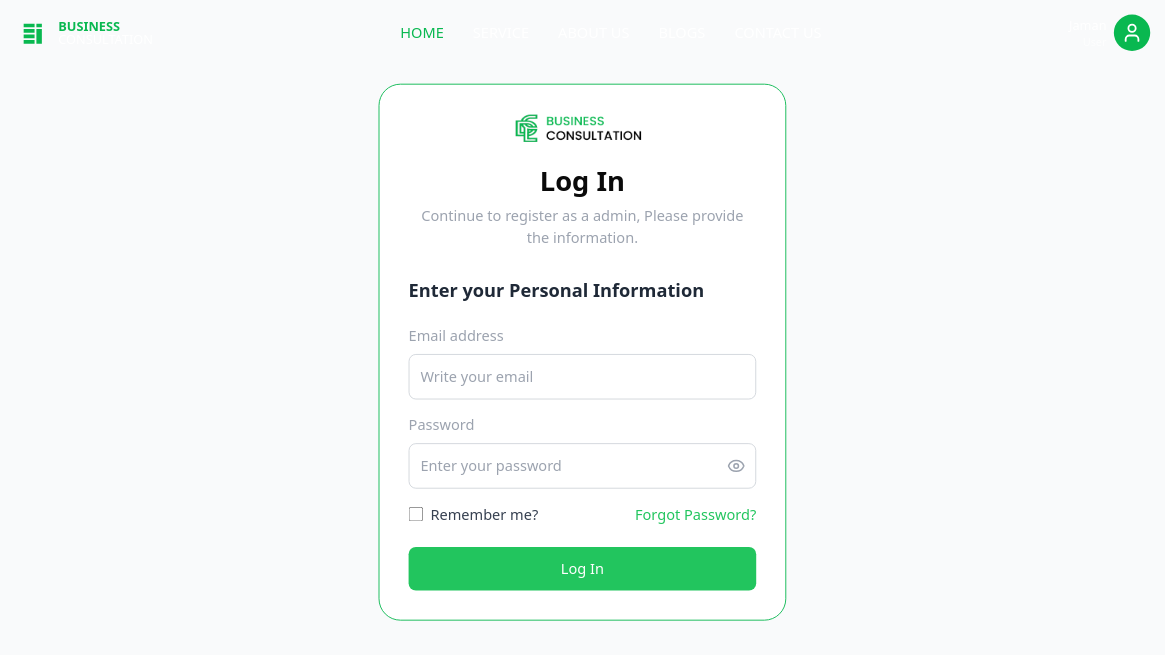
Repository: FSDTeam-SAA/business_consultation-frontend
Page: /login
The author's editor kept a copy of each file at every save. The page is drawn from the files as they stood at one save, then again after a run of saves.
The browser window is 1280 px wide. The pictures show the whole page, at 91% of full size.
The project was rebuilt for these pictures with package versions that can differ from the ones it lists, and the page was loaded fresh each time. The framework's server and built-in components were replaced by stand-ins that run in the browser.

Above is the page before, as saved 2025-03-19 08:41:39.

### src/app/layout.tsx
import type { Metadata } from "next";
import localFont from "next/font/local";
import "./globals.css";
import Navbar from "@/components/navar";

const geistSans = localFont({
  src: "./fonts/GeistVF.woff",
  variable: "--font-geist-sans",
  weight: "100 900",
});
const geistMono = localFont({
  src: "./fonts/GeistMonoVF.woff",
  variable: "--font-geist-mono",
  weight: "100 900",
});

export const metadata: Metadata = {
  title: "Create Next App",
  description: "Generated by create next app",
};

export default function RootLayout({
  children,
}: Readonly<{
  children: React.ReactNode;
}>) {
  return (
    <html lang="en">
      <body
        className={`${geistSans.variable} ${geistMono.variable} antialiased`}
      >
        <Navbar />
        {children}
      </body>
    </html>
  );
}

### src/app/(auth)/login/page.tsx
import LoginForm from '@/components/Auth/LoginForm'
import React from 'react'

const page = () => {
  return (
    <div>
      <LoginForm/>
    </div>
  )
}

export default page

### src/components/navar.tsx
"use client";

import { useState, useEffect, useRef } from "react";
import Link from "next/link";
import { User } from "lucide-react";
import { cn } from "@/lib/utils";

interface NavbarProps {
  currentRoute?: string;
}

export default function Navbar({ currentRoute = "home" }: NavbarProps) {
  const [isScrolled, setIsScrolled] = useState(false);
  const [isProfileOpen, setIsProfileOpen] = useState(false);

  const profileRef = useRef<HTMLDivElement>(null);

  useEffect(() => {
    const handleScroll = () => {
      setIsScrolled(window.scrollY > 10);
    };
    window.addEventListener("scroll", handleScroll);
    return () => window.removeEventListener("scroll", handleScroll);
  }, []);

  useEffect(() => {
    const handleClickOutside = (event: MouseEvent) => {
      if (
        profileRef.current &&
        !profileRef.current.contains(event.target as Node)
      ) {
        setIsProfileOpen(false);
      }
    };

    document.addEventListener("mousedown", handleClickOutside);
    return () => {
      document.removeEventListener("mousedown", handleClickOutside);
    };
  }, []);

  return (
    <header
      className={cn(
        "fixed left-0 right-0 top-0 z-50 transition-all duration-300",
        isScrolled
          ? "bg-white/90 shadow-sm backdrop-blur-sm"
          : "bg-transparent",
      )}
    >
      <div className="container mx-auto flex items-center justify-between px-4 py-4">
        {/* Logo */}
        <Link href="/" className="flex items-center">
          <div className="mr-2">
            <svg
              width="40"
              height="40"
              viewBox="0 0 40 40"
              fill="none"
              xmlns="http://www.w3.org/2000/svg"
            >
              <rect width="40" height="40" rx="4" fill="transparent" />
              <path
                d="M10 10H22V14H10V10ZM10 16H22V20H10V16ZM10 22H22V26H10V22ZM10 28H22V32H10V28ZM24 10H30V14H24V10ZM24 16H30V32H24V16Z"
                fill="#09B850"
              />
            </svg>
          </div>
          <div className="flex flex-col">
            <span className="text-sm font-bold leading-none text-[#09B850]">
              BUSINESS
            </span>
            <span
              className={cn(
                "text-sm font-medium leading-none",
                isScrolled ? "text-gray-800" : "text-white",
              )}
            >
              CONSULTATION
            </span>
          </div>
        </Link>

        {/* Desktop Navigation */}
        <nav className="hidden items-center space-x-8 md:flex">
          <Link
            href="/"
            className={cn(
              "transition-colors",
              currentRoute === "home"
                ? "text-[#09B850]"
                : isScrolled
                  ? "text-gray-800 hover:text-[#09B850]"
                  : "text-white hover:text-[#09B850]",
            )}
          >
            HOME
          </Link>
          <Link
            href="/service"
            className={cn(
              "transition-colors",
              currentRoute === "service"
                ? "text-[#09B850]"
                : isScrolled
                  ? "text-gray-800 hover:text-[#09B850]"
                  : "text-white hover:text-[#09B850]",
            )}
          >
            SERVICE
          </Link>
          <Link
            href="/about"
            className={cn(
              "transition-colors",
              currentRoute === "about"
                ? "text-[#09B850]"
                : isScrolled
                  ? "text-gray-800 hover:text-[#09B850]"
                  : "text-white hover:text-[#09B850]",
            )}
          >
            ABOUT US
          </Link>
          <Link
            href="/blogs"
            className={cn(
              "transition-colors",
              currentRoute === "blogs"
                ? "text-[#09B850]"
                : isScrolled
                  ? "text-gray-800 hover:text-[#09B850]"
                  : "text-white hover:text-[#09B850]",
            )}
          >
            BLOGS
          </Link>
          <Link
            href="/contact"
            className={cn(
              "transition-colors",
              currentRoute === "contact"
                ? "text-[#09B850]"
                : isScrolled
                  ? "text-gray-800 hover:text-[#09B850]"
                  : "text-white hover:text-[#09B850]",
            )}
          >
            CONTACT US
          </Link>
        </nav>

        {/* User Profile */}
        <div className="relative" ref={profileRef}>
          <div
            className="flex cursor-pointer items-center"
            onClick={() => setIsProfileOpen(!isProfileOpen)}
          >
            <div className="mr-2 hidden text-right sm:block">
              <div
                className={cn(
                  "text-sm",
                  isScrolled ? "text-gray-800" : "text-white",
                )}
              >
                Jaman
              </div>
              <div
                className={cn(
                  "text-xs",
                  isScrolled ? "text-gray-600" : "text-white/70",
                )}
              >
                User
              </div>
            </div>
            <div className="flex h-10 w-10 items-center justify-center overflow-hidden rounded-full bg-[#09B850]">
              <User className="h-6 w-6 text-white" />
            </div>
          </div>

          {/* Profile Dropdown */}
          {isProfileOpen && (
            <div className="absolute right-0 z-50 mt-2 w-48 rounded-md bg-white py-1 shadow-lg">
              <Link
                href="/account"
                className="block px-4 py-2 text-sm text-gray-700 hover:bg-gray-100"
                onClick={() => setIsProfileOpen(false)}
              >
                Your Profile
              </Link>
              <Link
                href="/account/settings"
                className="block px-4 py-2 text-sm text-gray-700 hover:bg-gray-100"
                onClick={() => setIsProfileOpen(false)}
              >
                Settings
              </Link>
              <div className="my-1 border-t border-gray-100"></div>
              <button
                className="block w-full px-4 py-2 text-left text-sm text-red-600 hover:bg-gray-100"
                onClick={() => {
                  // Add logout logic here
                  setIsProfileOpen(false);
                }}
              >
                Logout
              </button>
            </div>
          )}
        </div>
      </div>
    </header>
  );
}

### src/components/Auth/LoginForm.tsx
"use client"

import type React from "react"

import { useState } from "react"
import Link from "next/link"
import { Eye, EyeOff } from "lucide-react"
import Image from "next/image"

export default function LoginForm() {
  const [email, setEmail] = useState("")
  const [password, setPassword] = useState("")
  const [rememberMe, setRememberMe] = useState(false)
  const [showPassword, setShowPassword] = useState(false)

  const handleSubmit = (e: React.FormEvent) => {
    e.preventDefault()
    console.log({
      email,
      password,
      rememberMe,
    })
  }

  return (
    <div className="flex min-h-screen items-center pt-[70px] justify-center bg-gray-50 p-4">
      <div className="w-full max-w-md rounded-3xl border border-[#09B850] bg-white p-8">
        <div className="mb-6 flex justify-center">
          <div className="flex items-center">
            <Image src="/asset/fomrLogo.png" alt="Business Consultation Logo" width={140} height={140} className="mr-2" />

          </div>
        </div>

        <h1 className="mb-2 text-center text-3xl font-bold">Log In</h1>
        <p className="mb-8 text-center text-gray-400">
          Continue to register as a admin, Please provide the information.
        </p>

        <form onSubmit={handleSubmit}>
          <h2 className="mb-6 text-xl font-semibold text-gray-800">Enter your Personal Information</h2>

          <div className="mb-4">
            <label htmlFor="email" className="mb-2 block text-gray-400">
              Email address
            </label>
            <input
              id="email"
              type="email"
              placeholder="Write your email"
              className="w-full rounded-lg border border-gray-300 p-3 focus:border-green-500 focus:outline-none"
              value={email}
              onChange={(e) => setEmail(e.target.value)}
              required
            />
          </div>

          <div className="mb-4">
            <label htmlFor="password" className="mb-2 block text-gray-400">
              Password
            </label>
            <div className="relative">
              <input
                id="password"
                type={showPassword ? "text" : "password"}
                placeholder="Enter your password"
                className="w-full rounded-lg border border-gray-300 p-3 focus:border-green-500 focus:outline-none"
                value={password}
                onChange={(e) => setPassword(e.target.value)}
                required
              />
              <button
                type="button"
                className="absolute right-3 top-1/2 -translate-y-1/2 text-gray-400"
                onClick={() => setShowPassword(!showPassword)}
              >
                {showPassword ? <EyeOff size={20} /> : <Eye size={20} />}
              </button>
            </div>
          </div>

          <div className="mb-6 flex items-center justify-between">
            <div className="flex items-center">
              <input
                id="remember-me"
                type="checkbox"
                className="h-4 w-4 rounded border-gray-300 text-green-500 focus:ring-green-500"
                checked={rememberMe}
                onChange={(e) => setRememberMe(e.target.checked)}
              />
              <label htmlFor="remember-me" className="ml-2 text-gray-700">
                Remember me?
              </label>
            </div>
            <Link href="/reset-password" className="text-green-500 hover:underline">
              Forgot Password?
            </Link>
          </div>

          <button
            type="submit"
            className="w-full rounded-lg bg-green-500 py-3 text-center font-medium text-white hover:bg-green-600 focus:outline-none"
          >
            Log In
          </button>
        </form>
      </div>
    </div>
  )
}

### tailwind.config.ts
/* eslint-disable @typescript-eslint/no-require-imports */
import type { Config } from "tailwindcss";

const config: Config = {
  darkMode: ["class"],
  content: [
    "./src/pages/**/*.{js,ts,jsx,tsx,mdx}",
    "./src/components/**/*.{js,ts,jsx,tsx,mdx}",
    "./src/app/**/*.{js,ts,jsx,tsx,mdx}",
  ],
  theme: {
    extend: {
      colors: {
        border: "hsl(var(--border))",
        input: "hsl(var(--input))",
        ring: "hsl(var(--ring))",
        background: "hsl(var(--background))",
        foreground: "hsl(var(--foreground))",
        primary: {
          DEFAULT: "rgba(9, 184, 80, 1)",
          foreground: "hsl(var(--primary-foreground))",
        },
        secondary: {
          DEFAULT: "rgba(3, 54, 24, 1)",
          foreground: "hsl(var(--secondary-foreground))",
        },
        destructive: {
          DEFAULT: "hsl(var(--destructive))",
          foreground: "hsl(var(--destructive-foreground))",
        },
        muted: {
          DEFAULT: "hsl(var(--muted))",
          foreground: "hsl(var(--muted-foreground))",
        },
        accent: {
          DEFAULT: "hsl(var(--accent))",
          foreground: "hsl(var(--accent-foreground))",
        },
        popover: {
          DEFAULT: "hsl(var(--popover))",
          foreground: "hsl(var(--popover-foreground))",
        },
        card: {
          DEFAULT: "hsl(var(--card))",
          foreground: "hsl(var(--card-foreground))",
        },
      },
      borderRadius: {
        lg: "var(--radius)",
        md: "calc(var(--radius) - 2px)",
        sm: "calc(var(--radius) - 4px)",
      },
      keyframes: {
        "accordion-down": {
          from: { height: "0" },
          to: { height: "var(--radix-accordion-content-height)" },
        },
        "accordion-up": {
          from: { height: "var(--radix-accordion-content-height)" },
          to: { height: "0" },
        },
      },
      animation: {
        "accordion-down": "accordion-down 0.2s ease-out",
        "accordion-up": "accordion-up 0.2s ease-out",
      },
    },
  },
  plugins: [require("tailwindcss-animate")],
};
export default config;

### src/components/footer.tsx
import Link from "next/link"
import { Facebook, Twitter, Instagram, Linkedin } from "lucide-react"

export default function Footer() {
  return (
    <footer className="bg-[#033618] text-white">
      <div className="container mx-auto px-4 py-12">
        <div className="grid grid-cols-1 md:grid-cols-2 lg:grid-cols-4 gap-8">
          <div>
            <div className="flex items-center space-x-2 mb-6">
              <div className="h-8 w-8 bg-[#09B850] rounded-full flex items-center justify-center">
                <span className="text-white font-bold text-sm">C</span>
              </div>
              <span className="text-white font-bold">CONSULTIVE</span>
            </div>
            <p className="text-gray-300 mb-6">
              We help our clients to achieve business goals, from strategy to execution. Our team of experts is
              dedicated to your success.
            </p>
            <div className="flex space-x-4">
              <a href="#" className="text-white hover:text-[#09B850] transition-colors">
                <Facebook className="h-5 w-5" />
              </a>
              <a href="#" className="text-white hover:text-[#09B850] transition-colors">
                <Twitter className="h-5 w-5" />
              </a>
              <a href="#" className="text-white hover:text-[#09B850] transition-colors">
                <Instagram className="h-5 w-5" />
              </a>
              <a href="#" className="text-white hover:text-[#09B850] transition-colors">
                <Linkedin className="h-5 w-5" />
              </a>
            </div>
          </div>

          <div>
            <h3 className="text-lg font-semibold mb-6">Quick Links</h3>
            <ul className="space-y-3">
              <li>
                <Link href="/" className="text-gray-300 hover:text-[#09B850] transition-colors">
                  ↳ Home
                </Link>
              </li>
              <li>
                <Link href="/about" className="text-gray-300 hover:text-[#09B850] transition-colors">
                  ↳ About Us
                </Link>
              </li>
              <li>
                <Link href="/services" className="text-gray-300 hover:text-[#09B850] transition-colors">
                  ↳ Our Services
                </Link>
              </li>
              <li>
                <Link href="/blog" className="text-gray-300 hover:text-[#09B850] transition-colors">
                  ↳ Latest Blog
                </Link>
              </li>
              <li>
                <Link href="/contact" className="text-gray-300 hover:text-[#09B850] transition-colors">
                  ↳ Contact Us
                </Link>
              </li>
            </ul>
          </div>

          <div>
            <h3 className="text-lg font-semibold mb-6">Contact Us</h3>
            <ul className="space-y-3">
              <li className="flex items-start space-x-3">
                <span className="text-[#09B850]">Address:</span>
                <span className="text-gray-300">123 Fifth Street, NY 10160, New York, USA</span>
              </li>
              <li className="flex items-center space-x-3">
                <span className="text-[#09B850]">Phone:</span>
                <span className="text-gray-300">+1 (123) 456 7890</span>
              </li>
              <li className="flex items-center space-x-3">
                <span className="text-[#09B850]">Email:</span>
                <span className="text-gray-300">info@consultive.com</span>
              </li>
              <li className="flex items-center space-x-3">
                <span className="text-[#09B850]">Fax:</span>
                <span className="text-gray-300">+1 (123) 456 7891</span>
              </li>
            </ul>
          </div>

          <div>
            <h3 className="text-lg font-semibold mb-6">Working Hours</h3>
            <ul className="space-y-3">
              <li className="flex justify-between">
                <span className="text-gray-300">Monday - Friday:</span>
                <span className="text-[#09B850]">9am - 5pm</span>
              </li>
              <li className="flex justify-between">
                <span className="text-gray-300">Saturday:</span>
                <span className="text-[#09B850]">10am - 4pm</span>
              </li>
              <li className="flex justify-between">
                <span className="text-gray-300">Sunday:</span>
                <span className="text-[#09B850]">Closed</span>
              </li>
            </ul>
          </div>
        </div>

        <div className="border-t border-gray-700 mt-12 pt-6 text-center">
          <p className="text-gray-400">Copyright ©2023 Business Consultative. All Right Reserved.</p>
        </div>
      </div>
    </footer>
  )
}

Loaded but not shown: src/app/(auth)/layout.tsx (common file); src/app/globals.css (common file); src/lib/utils.ts (common file)

After the next 4 saves:
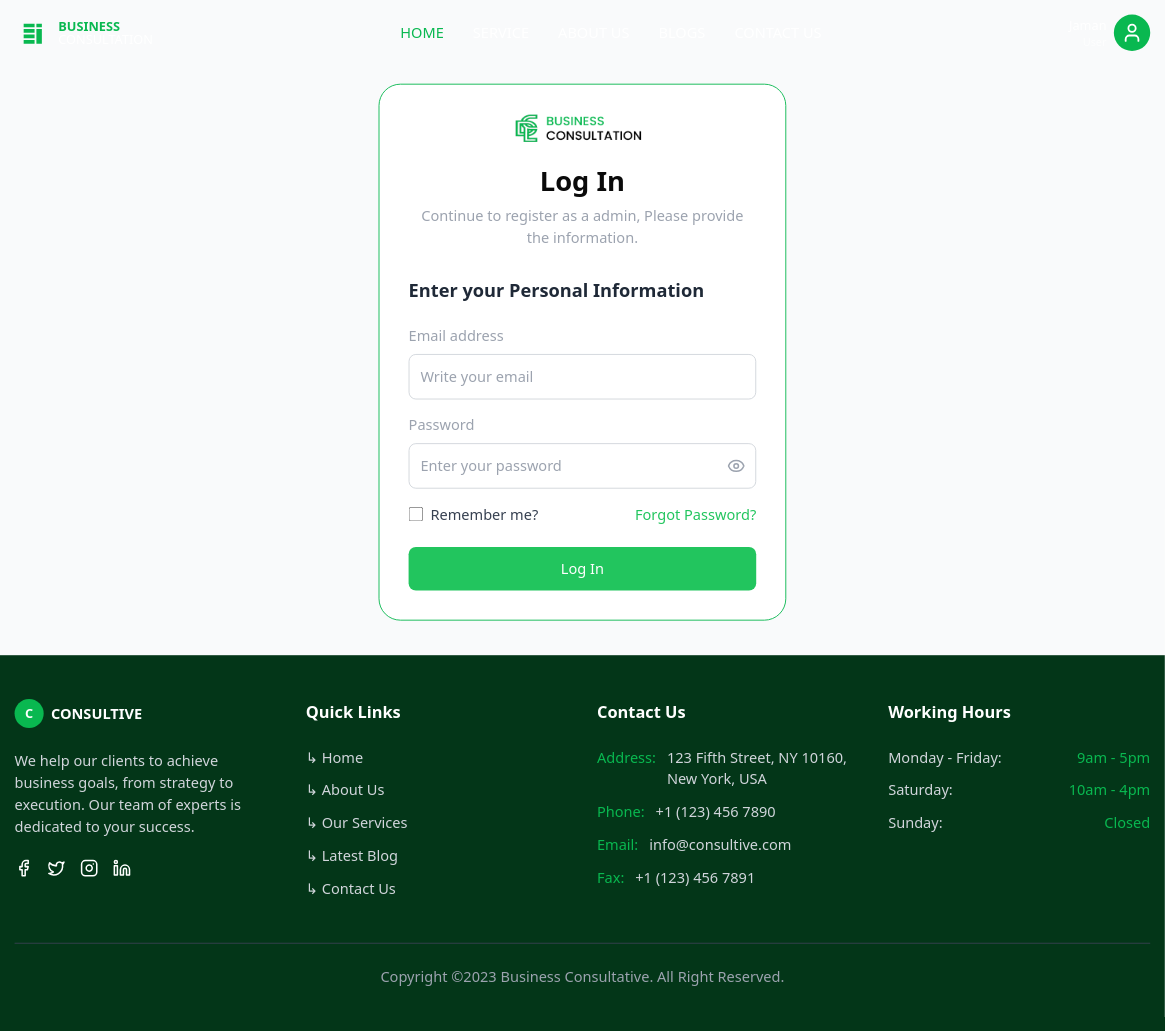
The 4 saves are shown as one change because they came seconds apart.
The last was saved 55 s later.
--- a/src/app/layout.tsx
+++ b/src/app/layout.tsx
@@ -2,6 +2,7 @@ import type { Metadata } from "next";
 import localFont from "next/font/local";
 import "./globals.css";
 import Navbar from "@/components/navar";
+import Footer from "@/components/footer";
 
 const geistSans = localFont({
   src: "./fonts/GeistVF.woff",
@@ -31,6 +32,7 @@ export default function RootLayout({
       >
         <Navbar />
         {children}
+        <Footer />
       </body>
     </html>
   );
